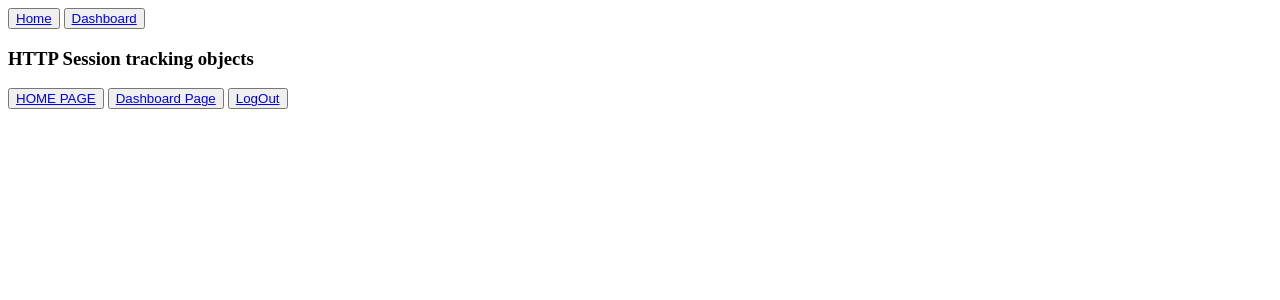
Repository: harshithkandula/Myfirstpractice
Page: SessionTrackingDemo/src/main/webapp/index.html
These files come from the project's save history. The page is drawn as it stood at one moment and after the next save; the edit follows.
The browser window is 1280 px wide. The pictures show the whole page.

Above is the page before, as saved 2024-02-10 15:01:56.

### SessionTrackingDemo/src/main/webapp/index.html
<!DOCTYPE html>
<html>
<head>
<meta charset="ISO-8859-1">
<title>Insert title here</title>
</head>
<body>

      <button>
             <a href="home">Home</a>
       </button>
      <button>
            <a href="ds">Dashboard</a>
      </button>

      <h3>HTTP Session tracking objects</h3>

      <button>
         <a href="HOME">HOME PAGE</a>
      </button>

      <button>
         <a href="DASHBOARD">Dashboard Page</a>
      </button>

      <button>
           <a href="logout">LogOut</a>
      </button>
</body>
</html>

After the next save:
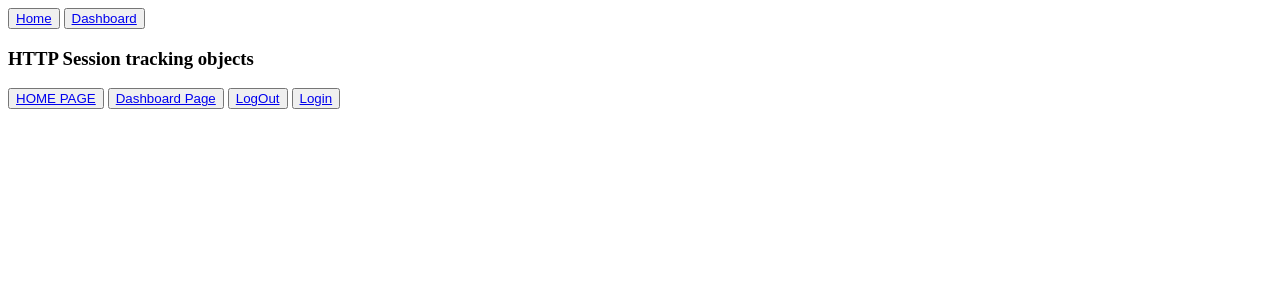
Saved 40 s later.
--- a/SessionTrackingDemo/src/main/webapp/index.html
+++ b/SessionTrackingDemo/src/main/webapp/index.html
@@ -26,5 +26,9 @@
       <button>
            <a href="logout">LogOut</a>
       </button>
+
+      <button>
+            <a href="login.html">Login</a>
+      </button>
 </body>
 </html>
